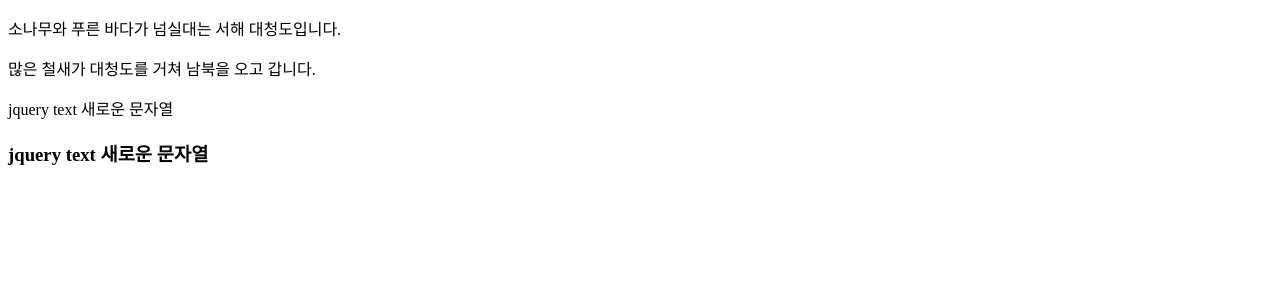
Repository: suhong99/JqueryLecture
Page: sample01/src/main/webapp/index.html
An editor plug-in stored every save of this project. The page is shown before and after the next save, followed by the edit.
The browser window is 1280 px wide. The pictures show the whole page.

Above is the page before, as saved 2023-06-26 02:04:33.

### sample01/src/main/webapp/index.html
<!DOCTYPE html>
<html>
<head>
<meta charset="UTF-8">
<title>Insert title here</title>
<!--  <script src="https://ajax.googleapis.com/ajax/libs/jquery/3.6.4/jquery.min.js"> </script> -->
<!--     <script src="./jquery.min.js"></script>
 -->
   <script src="https://code.jquery.com/jquery-3.6.4.min.js"></script>

</head>
<body>
<!--
		Jquery : Java script 경량화, 간략화
					Ajax (비동기 통신) == xhttp

		Jquery-UI
		document.getElementById(아이디)

		DOM(Document Object Model) - Javascript
		document.getElementById(아이디).innerHTML.value

		$(tag 또는 id 또는 class 또는 name).핸들러함수(매개변수)
										.load()


-->

<p>소나무와 푸른 바다가 넘실대는 서해 대청도입니다. </p>
<p id="demo">많은 철새가 대청도를 거쳐 남북을 오고 갑니다. </p>
<p class ="cls">서울대 연구진은 지난해 4월 이곳을 찾은 철새인 촉새에 달라붙은 외래종 생물을 발견했습니다.</p>
<h3 class='cls'>4쌍의 다리를 가진 절지동물로, 중국 남부에 서식하는 매부리엉에피참진드기입니다.</h3>

<script type="text/javascript">
/* 	let arrPtag= document.getElementsByTagName("p");
	for(i=0;i<arrPtag.length;i++){
		arrPtag[i].innerHTML = "새로운 문자열";
	}
 */
/*  $("p").html("새로운 문자열"); */
 $(document).ready(function(){
	//	 $("p").text("jquery text 새로운 문자열"); /* == innerText  */
	// $("#demo").html("<b>jquery 새로운 문자열</b>")
	 $(".cls").text("jquery text  새로운 문자열");
 });
</script>
</body>
</html>

After the next save:
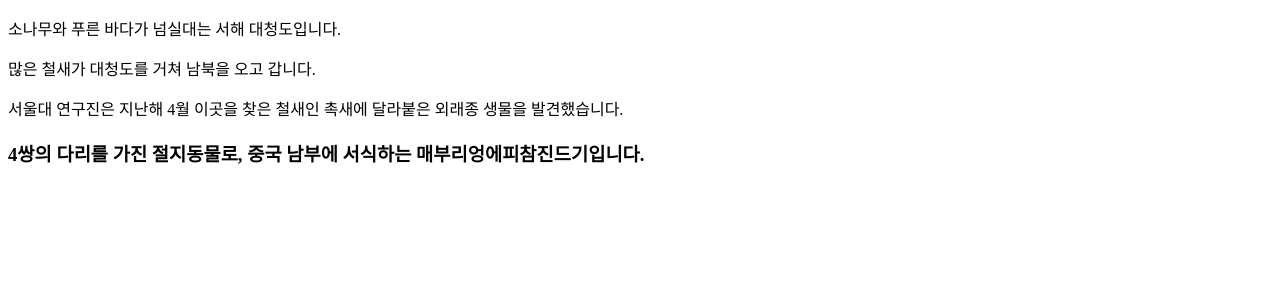
Saved 58 s later.
--- a/sample01/src/main/webapp/index.html
+++ b/sample01/src/main/webapp/index.html
@@ -40,8 +40,12 @@
 /*  $("p").html("새로운 문자열"); */
  $(document).ready(function(){
 	//	 $("p").text("jquery text 새로운 문자열"); /* == innerText  */
-	// $("#demo").html("<b>jquery 새로운 문자열</b>")
-	 $(".cls").text("jquery text  새로운 문자열");
+	// $("#demo").html("<b>jquery 새로운 문자열</b>") // innerHTML setter
+	 //$(".cls").text("jquery text  새로운 문자열"); //setter
+
+	//getter
+
+	let txt = $("#demo").text();
  });
 </script>
 </body>
